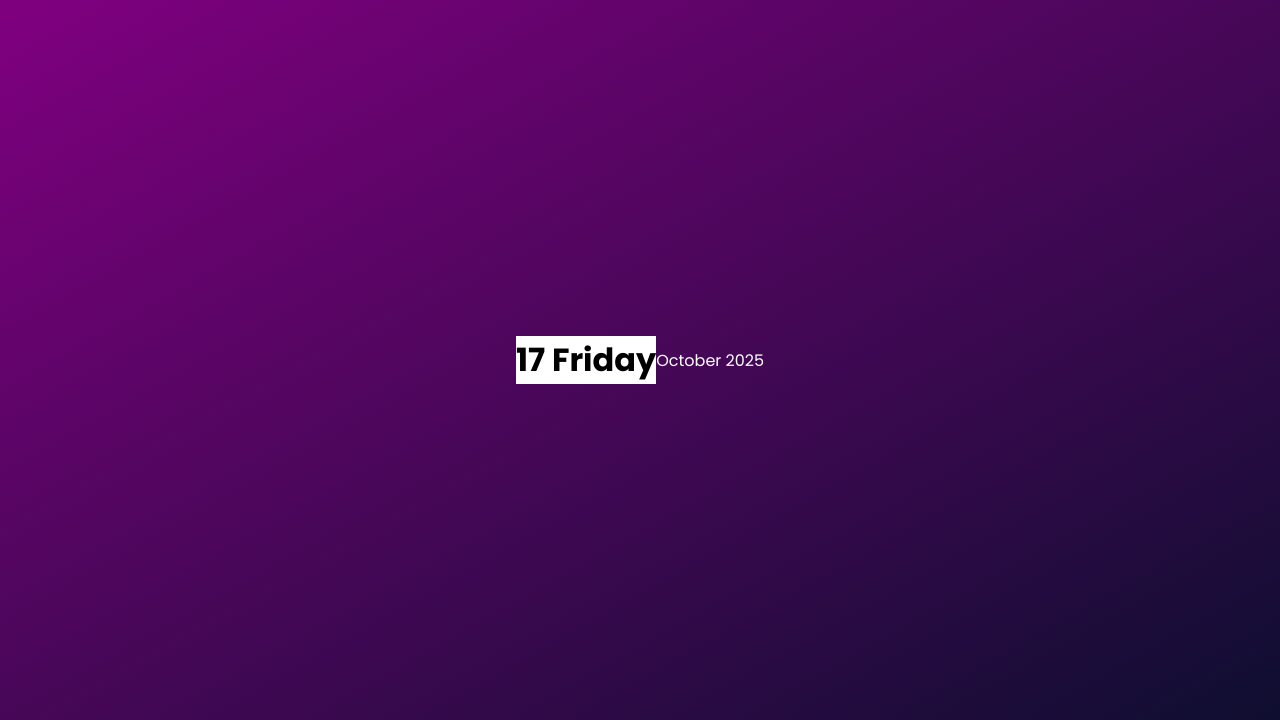
Repository: Ankitkr2021/Calendar
Page: index.html
An editor plug-in stored every save of this project. The page is shown before and after the next save, followed by the edit.
The browser window is 1280 px wide. The pictures show the whole page.

Above is the page before, as saved 2025-10-17 19:20:08.

After the next save:
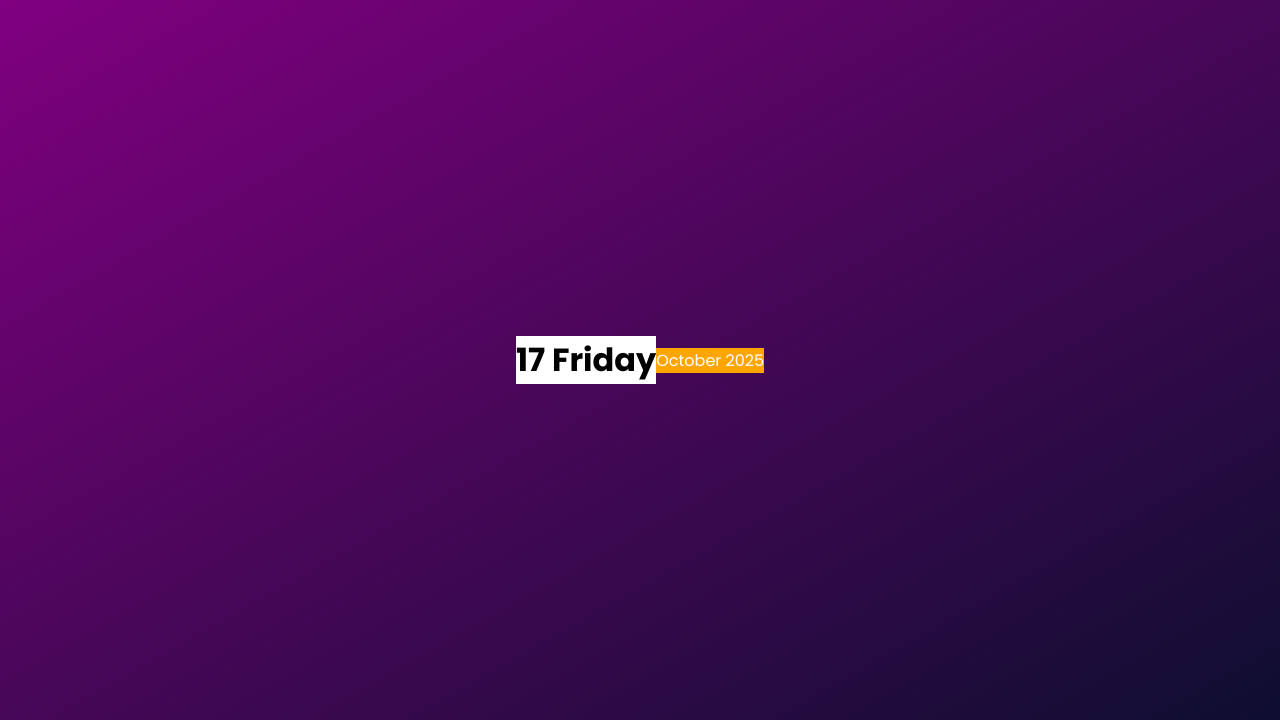
Saved 18 s later.
--- a/style.css
+++ b/style.css
@@ -20,3 +20,7 @@
     background: #fff;
     color: #000;
 }
+
+.month{
+    background: orange;
+}
